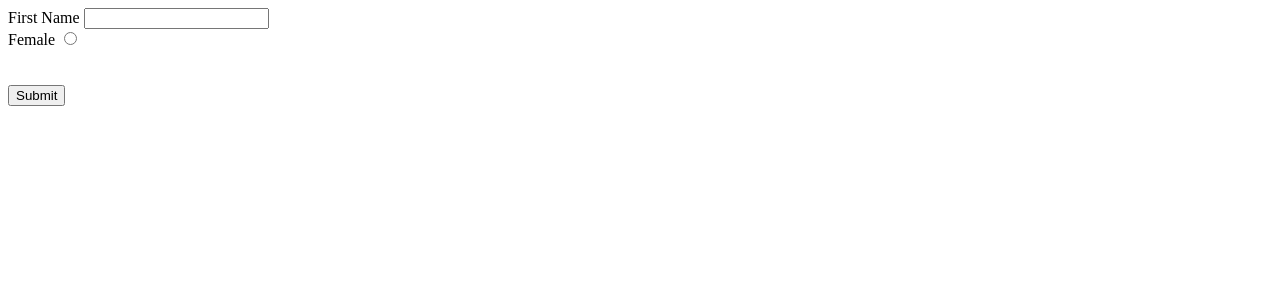
Repository: sumankumar1pe/Test111
Page: LoginPageDemo/WebContent/registration_page.html
These files come from the project's save history. The page is drawn as it stood at one moment and after the next save; the edit follows.
The browser window is 1280 px wide. The pictures show the whole page.

Above is the page before, as saved 2016-12-19 05:07:32.

### LoginPageDemo/WebContent/registration_page.html
<!DOCTYPE html>
<html>
<head>
<meta charset="UTF-8">
<title>Insert title here</title>
</head>
<body>
<form action="demo_form.asp">
  <label for="m">First Name</label>
  <input type="text" name="gender" id="m"><br>
  <label for="female">Female</label>
  <input type="radio" name="gender" id="female" value="female"><br>
  <br><br>
  <input type="submit" value="Submit">
</form>
</body>
</html>

After the next save:
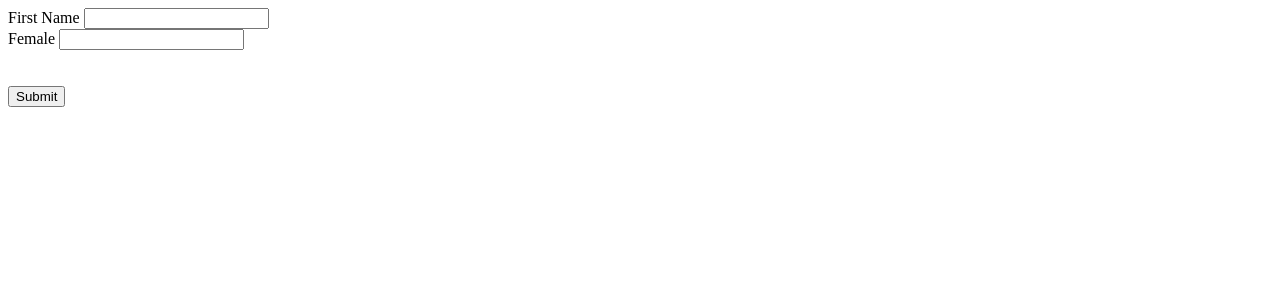
Saved 46 s later.
--- a/LoginPageDemo/WebContent/registration_page.html
+++ b/LoginPageDemo/WebContent/registration_page.html
@@ -9,7 +9,7 @@
   <label for="m">First Name</label>
   <input type="text" name="gender" id="m"><br>
   <label for="female">Female</label>
-  <input type="radio" name="gender" id="female" value="female"><br>
+  <input type="text" name="lname" id="female"><br>
   <br><br>
   <input type="submit" value="Submit">
 </form>
